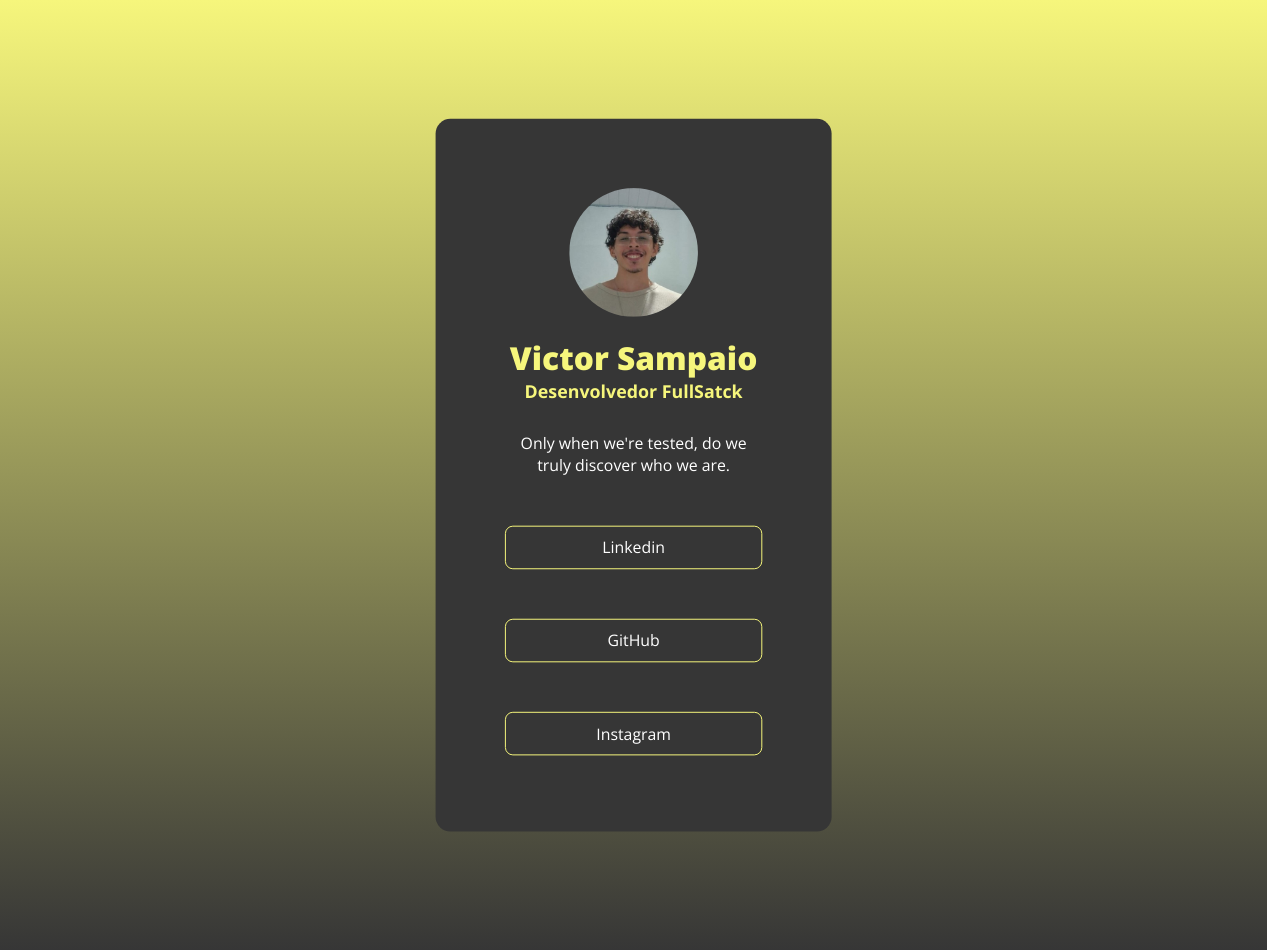
Repository: VictorSampaioDev/linkthree-gt9
Page: index.html
The author's editor kept a copy of each file at every save. The page is drawn from the files as they stood at one save, then again after a run of saves.
The browser window is 1280 px wide. The pictures show the whole page, at 99% of full size.

Above is the page before, as saved 2025-04-11 09:00:34.

### index.html
<!DOCTYPE html>
<html lang="pt-br">
<head>
    <meta charset="UTF-8">
    <meta name="viewport" content="width=device-width, initial-scale=1.0">
    <title>linkthree JV</title>
    <link rel="stylesheet" href="style.css">
    <link rel="preconnect" href="https://fonts.googleapis.com">
    <link rel="preconnect" href="https://fonts.gstatic.com" crossorigin>
    <link href="https://fonts.googleapis.com/css2?family=Open+Sans:ital,wght@0,300..800;1,300..800&display=swap" rel="stylesheet">
</head>
<body>
    <div class="container-main">

        <div class="container-image">
            <img src="./assets/image-profile.jpeg" alt="Foto de Perfil">
        </div>

      <div class="container-infos">
        <h1>Victor Sampaio</h1>
        <h2>Desenvolvedor FullSatck</h2>
      </div>

      <div class="container-paragrafo">
        <p>
            Only when we're tested, do we truly discover who we are.
        </p>
      </div>

      <div class="container-social-links">
        <ul>
            <li>
                <a href="https://www.linkedin.com/in/joao-victor-sampaio-30a556355/" target="_blank">
                    Linkedin
                </a>
            </li>
            <li>
                <a href="https://github.com/VictorSampaioDev" target="_blank">
                    GitHub
                </a>
            </li>
            <li>
                <a href="https://www.instagram.com/jovetorr" target="_blank">
                    Instagram
                </a>
            </li>
        </ul>
    </div>
</body>
</html>

### style.css
* {
    font-family: "Open Sans", sans-serif;
    margin: 0;
    padding: 0;
    box-sizing: border-box;
}
body{
    background: linear-gradient(
        to bottom,
        rgb(246, 246, 124),
        rgb(54, 54, 54)
    );
}
.container-main{
    background-color: #363636;
    width: 400px;
    height: 720px;
    box-sizing: border-box;
    margin: 120px auto;
    padding: 70px;
    border-radius: 15px;
    text-align: center;
}
.container-image{

    & img{
       width: 130px;
       border-radius: 100%;
    }
}
.container-infos{
    margin-top: 15px;
    margin-bottom: 10px;
}
.container-infos h1{
    font-weight: 900;
    color: rgb(246, 246, 124);
}
.container-infos h2{
    font-weight: 700;
    font-size: 18px;
    color: rgb(246, 246, 124);
}
.container-paragrafo{
    margin-top: 30px;
    color: white;
}
.container-social-links ul {
    padding-bottom: 50%;
    margin-top: 50px;
    list-style-type: none;
}
.container-social-links li {
    margin-bottom: 5px;
    margin-top: 50px;
    border: 1px solid rgb(246, 246, 124);
    border-radius: 8px;
    padding: 10px;
    transition: background-color 0.3s;
  }
  .container-social-links li:hover{
    background-color: rgb(246, 246, 124)
  }

.container-social-links a {
    text-decoration: none;
    color: white;
    transition: color 0.3s;
}
.container-social-links li:hover a{
    color: black;
  }

After the next 3 saves:
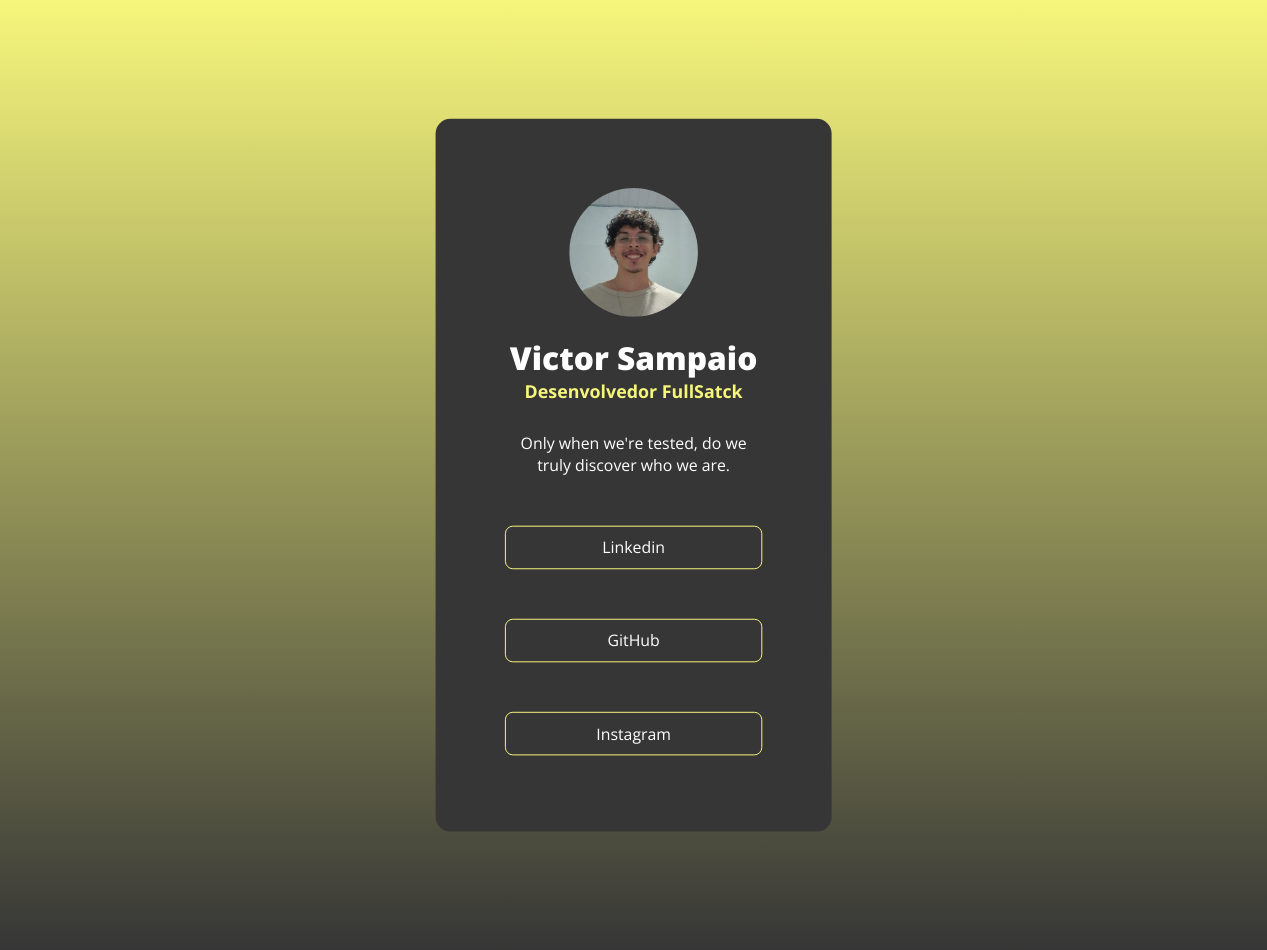
The 3 saves are shown as one change because they came seconds apart.
The last was saved 10 s later.
--- a/style.css
+++ b/style.css
@@ -34,7 +34,7 @@
 }
 .container-infos h1{
     font-weight: 900;
-    color: rgb(246, 246, 124);
+    color: white;
 }
 .container-infos h2{
     font-weight: 700;
